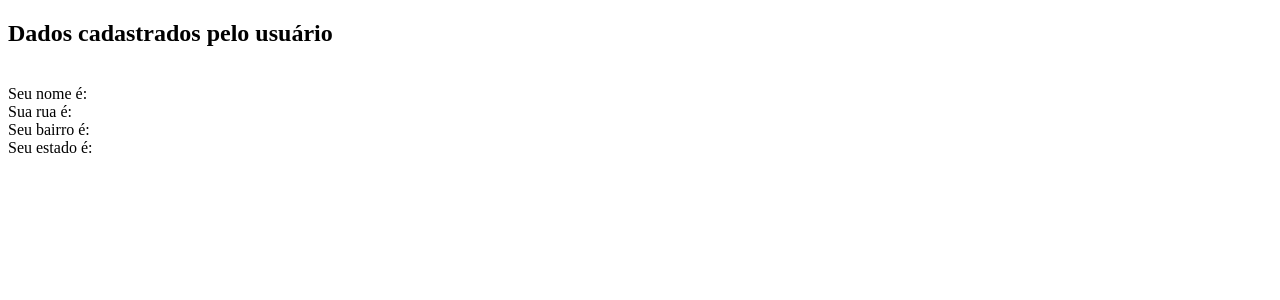
Repository: Fabio2000/Faculdade-Projetos
Page: http://localhost/exercicios/dados.jsp
An editor plug-in stored every save of this project. The page is shown before and after the next save, followed by the edit.
The browser window is 1280 px wide. The pictures show the whole page.
The page is served by Tomcat 9.

Above is the page before, as saved 2022-09-11 20:48:01.

After the next save:
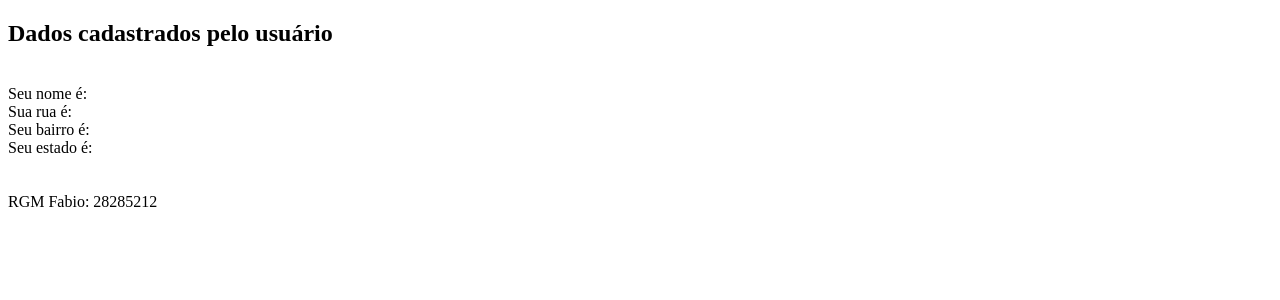
Saved 3 min 55 s later.
--- a/exercicios/src/main/webapp/dados.jsp
+++ b/exercicios/src/main/webapp/dados.jsp
@@ -12,7 +12,9 @@
 		<a>Seu nome é: ${param.nome}</a><br/>
 		<a>Sua rua é: ${param.rua}</a><br/>
 		<a>Seu bairro é: ${param.bairro}</a><br/>
-		<a>Seu estado é: ${param.estado}</a><br/>
+		<a>Seu estado é: ${param.estado}</a><br/><br/><br/>
+
+		<a>RGM Fabio: 28285212</a>
 
 	</body>
 </html>
